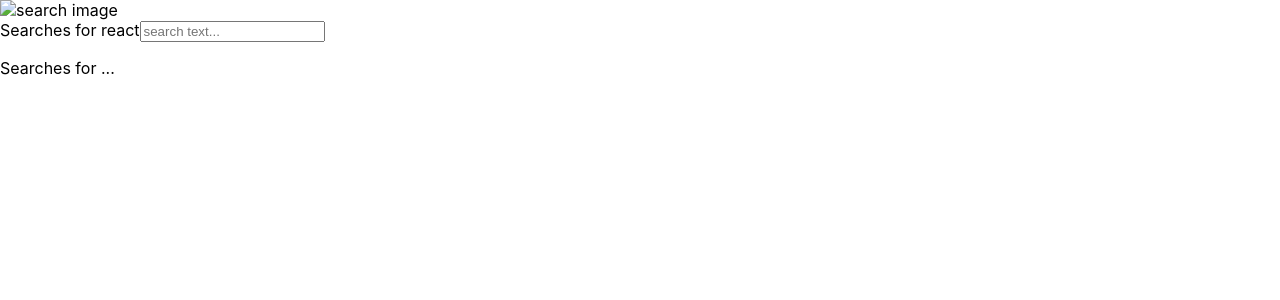
Repository: Paveldub/react-testing-library
Page: /
An editor plug-in stored every save of this project. The page is shown before and after the next save, followed by the edit.
The browser window is 1280 px wide. The pictures show the whole page.
The project was rebuilt for these pictures with package versions that can differ from the ones it lists, and the page was loaded fresh each time. Also part of the build but not shown: src/App.css.

Above is the page before, as saved 2021-10-14 17:33:59.

After the next save:
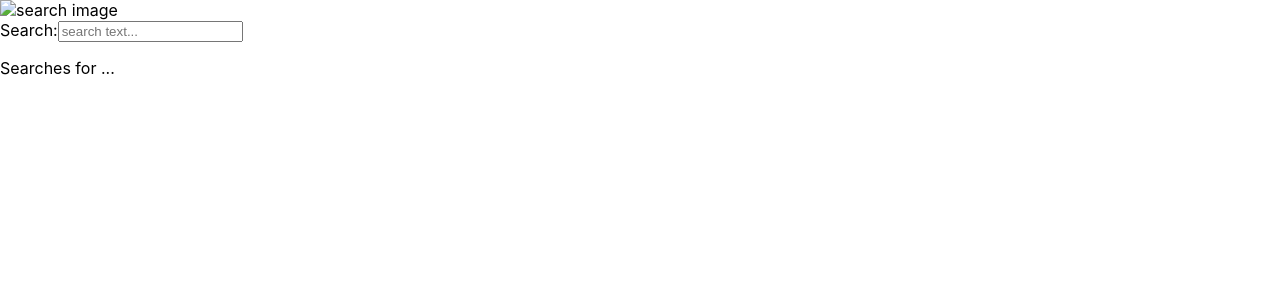
Saved 16 min 7 s later.
--- a/src/App.js
+++ b/src/App.js
@@ -25,7 +25,7 @@
     <div>
       <img src="" alt="search image" />
       <Search value={search} onChange={handleChange}>
-        Searches for react
+        Search:
       </Search>
       <p>Searches for {search ? search : "..."}</p>
     </div>
